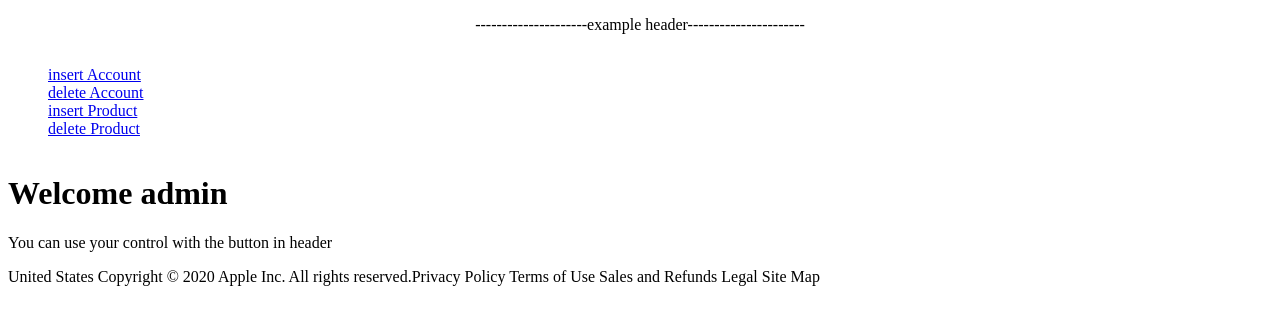
Repository: pffdota04/cuahang
Page: http://localhost/CuaHang/Views/Admin/home.jsp
An editor plug-in stored every save of this project. The page is shown before and after the next save, followed by the edit.
The browser window is 1280 px wide. The pictures show the whole page.
The page is served by Tomcat 9.

Above is the page before, as saved 2020-11-11 04:25:09.

After the next save:
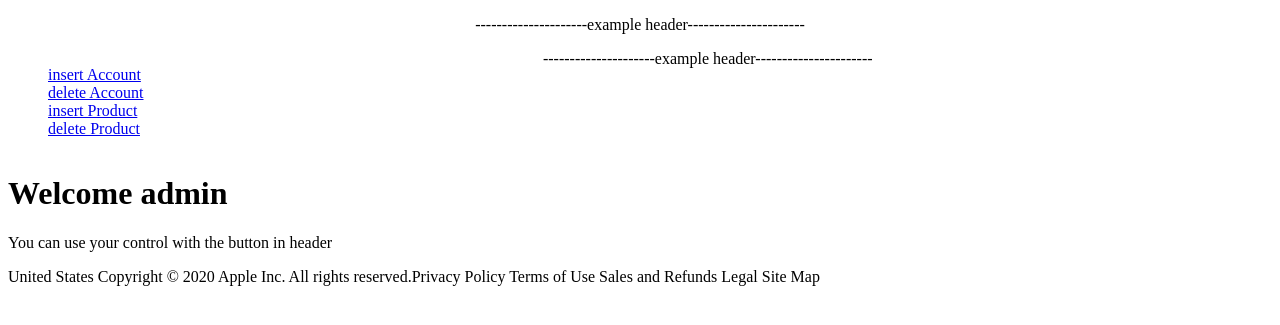
Saved 17 s later.
--- a/CuaHang/WebContent/Views/Admin/commom/header.jsp
+++ b/CuaHang/WebContent/Views/Admin/commom/header.jsp
@@ -21,6 +21,8 @@
 		<li><a href="#">insert Product</a></li>
 		<li><a href="#">delete Product</a></li>
 	</ul>
+	<p style="text-align: center;">---------------------example header----------------------</p>
+
 	<div class="clearfix"></div>
 </body>
 </html>
